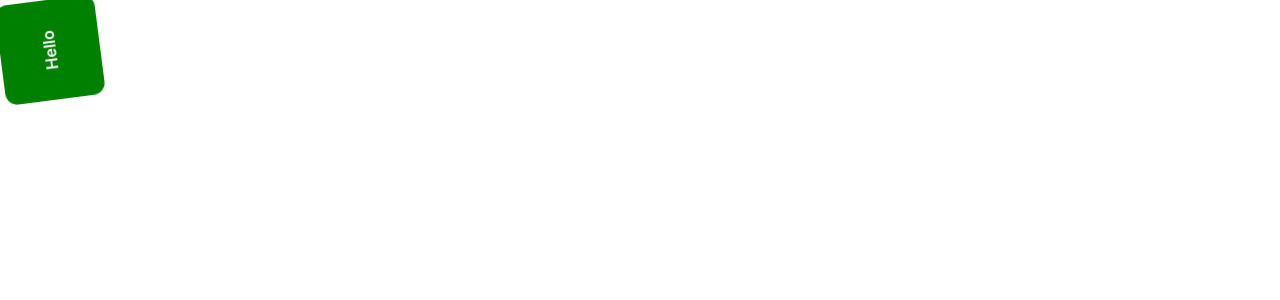
Repository: jr-frazier/visx-test
Page: /svg/1/Square
The author's editor kept a copy of each file at every save. The page is drawn from the files as they stood at one save, then again after the next save.
The browser window is 1280 px wide. The pictures show the whole page.
The project was rebuilt for these pictures with package versions that can differ from the ones it lists, and the page was loaded fresh each time. The framework's server and built-in components were replaced by stand-ins that run in the browser. Also part of the build but not shown: next.config.js.

Above is the page before, as saved 2022-05-09 06:42:20.

After the next save:
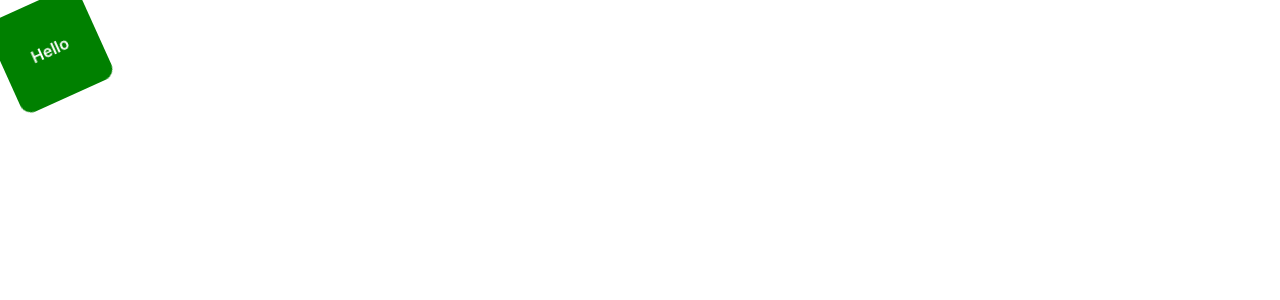
Saved 10 s later.
--- a/pages/svg/1/Square.tsx
+++ b/pages/svg/1/Square.tsx
@@ -27,7 +27,7 @@ export default function Squares({ squares }: { squares: number }) {
         gsap.timeline({ repeat: -1})
         .to(q(".box"), {
             rotation: 360,
-            duration: 1,
+            duration: 2,
             ease: 'liner.easeNone',
         })
 
